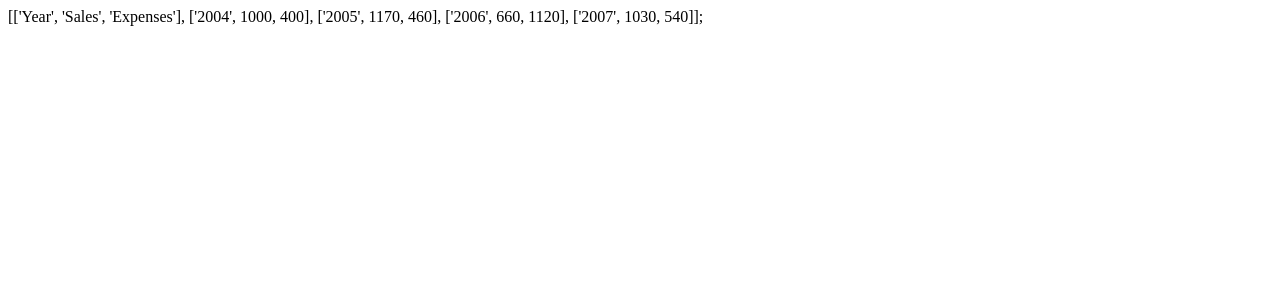
Repository: KYEONGWON-KIM/Project
Page: http://localhost/step02_axiosResponse/axiosPost.jsp
The author's editor kept a copy of each file at every save. The page is drawn from the files as they stood at one save, then again after the next save.
The browser window is 1280 px wide. The pictures show the whole page.
The page is served by Tomcat 9.

Above is the page before, as saved 2019-09-03 06:47:35.

After the next save:
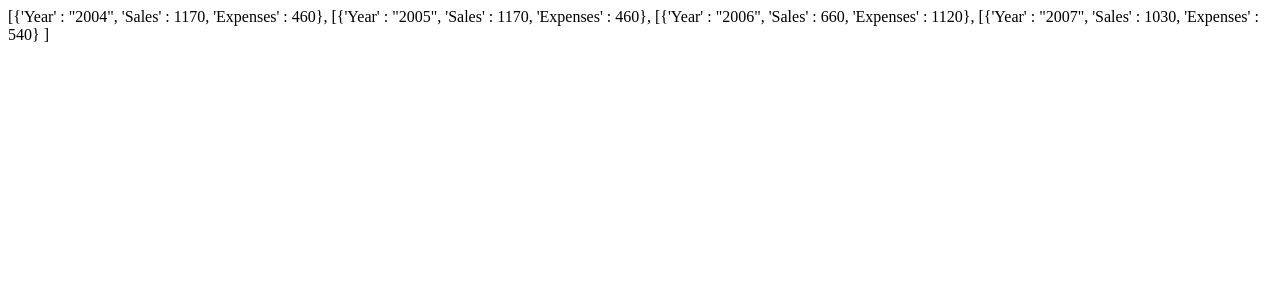
Saved 15 min 8 s later.
--- a/04.JavaScript/step02_axiosResponse/WebContent/axiosPost.jsp
+++ b/04.JavaScript/step02_axiosResponse/WebContent/axiosPost.jsp
@@ -1,3 +1,7 @@
 <%@ page language="java" contentType="text/html; charset=UTF-8"
     pageEncoding="UTF-8"%>
-[['Year', 'Sales', 'Expenses'], ['2004', 1000, 400], ['2005', 1170, 460], ['2006', 660, 1120], ['2007', 1030, 540]];
+[{'Year' : "2004", 'Sales' : 1170, 'Expenses' : 460},
+[{'Year' : "2005", 'Sales' : 1170, 'Expenses' : 460},
+[{'Year' : "2006", 'Sales' : 660, 'Expenses' : 1120},
+[{'Year' : "2007", 'Sales' : 1030, 'Expenses' : 540}
+]
